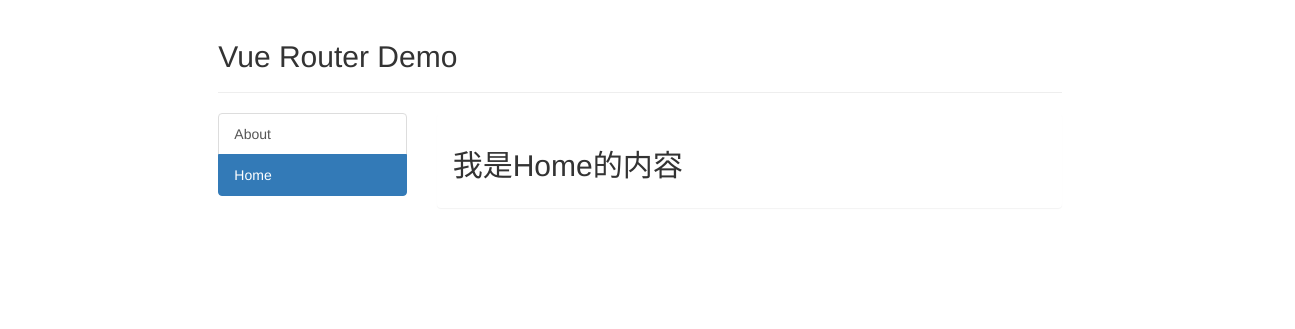
Repository: Crow7277/Vue2-
Page: /#/home
The author's editor kept a copy of each file at every save. The page is drawn from the files as they stood at one save, then again after a run of saves.
The browser window is 1280 px wide. The page is 1295 px wide, so the pictures cover 1295 px, including what lies to the right of the window. The pictures show the whole page.
The project was rebuilt for these pictures with package versions that can differ from the ones it lists, and the page was loaded fresh each time. Also part of the build but not shown: vue.config.js, src/pages/About.vue.

Above is the page before, as saved 2022-04-09 17:43:06.

### public/index.html
<!DOCTYPE html>
<html lang="">
    <head>
        <meta charset="utf-8" />
        <!-- 针对IE浏览器，让IE浏览器以最高的渲染级别渲染页面 -->
        <meta http-equiv="X-UA-Compatible" content="IE=edge" />
        <!-- 开启移动端的理想视口 -->
        <meta name="viewport" content="width=device-width,initial-scale=1.0" />
        <!-- 页签图标 -->
        <!-- <%= BASE_URL %>表示public文件夹所在路径 -->
        <link rel="icon" href="<%= BASE_URL %>favicon.ico" />
        <link rel="stylesheet" href="<%= BASE_URL %>css/bootstrap.css" />
        <title><%= htmlWebpackPlugin.options.title %></title>
    </head>

    <body>
        <!-- 当浏览器不支持js时，浏览器就会显示noscript中的内容 -->
        <noscript>
            <strong>
                We're sorry but <%= htmlWebpackPlugin.options.title %> doesn't work properly without
                JavaScript enabled. Please enable it to continue.
            </strong>
        </noscript>
        <!-- 容器 -->
        <div id="app"></div>
        <!-- built files will be auto injected -->
    </body>
</html>

### src/main.js
// 引入Vue
import Vue from 'vue';
// 引入App
import App from './App.vue';
// // 引入路由
// import VueRouter from 'vue-router';
// 引入路由器
import router from './router';
// 关闭生产环境提示
Vue.config.productionTip = false;

// 应用插件
// Vue.use(VueRouter);

// 创建Vue
new Vue({
    el: '#app',
    render: h => h(App),
    router,
});

### src/App.vue
<template>
    <div>
        <div class="row">
            <Banner />
        </div>
        <div class="row">
            <div class="col-xs-2 col-xs-offset-2">
                <div class="list-group">
                    <!-- 原始HTML中使用a标签实现页面的跳转 -->
                    <!-- <a class="list-group-item active" href="./about.html">About</a> -->
                    <!-- <a class="list-group-item" href="./home.html">Home</a> -->

                    <!-- Vue中借助router-link实现路由的切换 -->
                    <router-link class="list-group-item" active-class="active" to="/about">
                        About
                    </router-link>
                    <router-link class="list-group-item" active-class="active" to="/home">
                        Home
                    </router-link>
                </div>
            </div>
            <div class="col-xs-6">
                <div class="panel">
                    <div class="panel-body">
                        <!-- 指定组件的呈现位置 -->
                        <router-view></router-view>
                    </div>
                </div>
            </div>
        </div>
    </div>
</template>

<script>
import Banner from './components/Banner.vue';
export default {
    name: 'App',
    components: { Banner },
};
</script>
<style></style>

### src/router/index.js
// 该文件用于创建整个应用的路由器
import VueRouter from 'vue-router';
// 引入组件
import About from '../pages/About.vue';
import Home from '../pages/Home.vue';
import Vue from 'vue';
Vue.use(VueRouter);

// 创建并暴露一个路由器
export default new VueRouter({
    routes: [
        {
            path: '/about',
            component: About,
        },
        {
            path: '/home',
            component: Home,
        },
    ],
});

### src/components/Banner.vue
<template>
    <div class="col-xs-offset-2 col-xs-8">
        <div class="page-header"><h2>Vue Router Demo</h2></div>
    </div>
</template>

<script>
export default {};
</script>

<style></style>

### src/pages/Home.vue
<template>
    <h2>我是Home的内容</h2>
</template>

<script>
export default {
    name: 'Home',
};
</script>

<style></style>

Loaded but not shown: public/css/bootstrap.css (library)

After the next 2 saves:
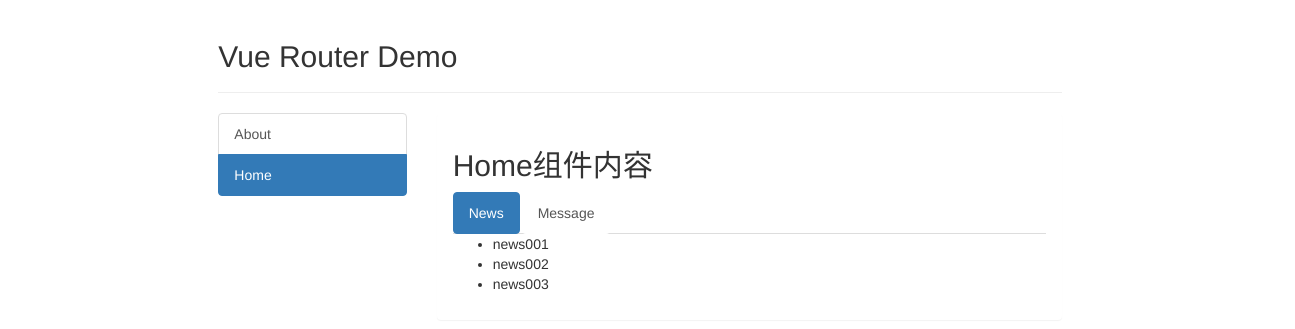
The 2 saves are shown as one change because they came seconds apart.
The last was saved 2 min 41 s later.
--- a/src/pages/Home.vue
+++ b/src/pages/Home.vue
@@ -1,5 +1,22 @@
 <template>
-    <h2>我是Home的内容</h2>
+    <div>
+        <h2>Home组件内容</h2>
+        <div>
+            <ul class="nav nav-tabs">
+                <li>
+                    <a class="list-group-item active" href="./home-news.html">News</a>
+                </li>
+                <li>
+                    <a class="list-group-item" href="./home-message.html">Message</a>
+                </li>
+            </ul>
+            <ul>
+                <li>news001</li>
+                <li>news002</li>
+                <li>news003</li>
+            </ul>
+        </div>
+    </div>
 </template>
 
 <script>
